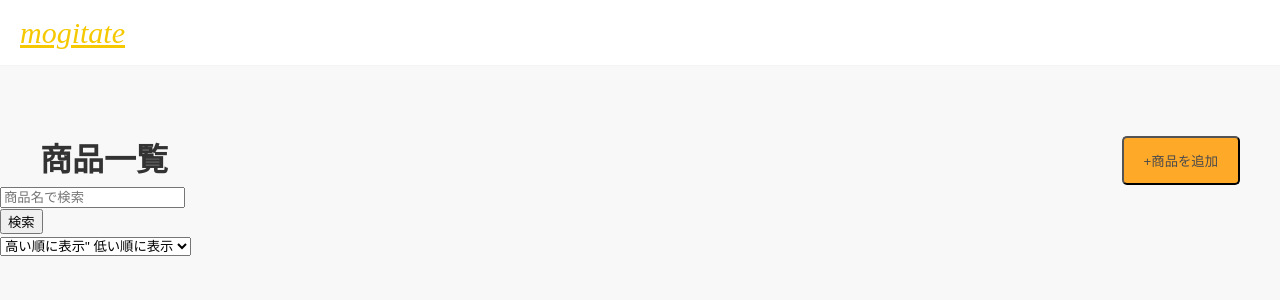
Repository: SuzukiFuminori/test-fruit
Page: http://localhost/products
These files come from the project's save history. The page is drawn as it stood at one moment and after the next save; the edit follows.
The browser window is 1280 px wide. The pictures show the whole page.
The page is served by the project's Laravel application, run on PHP 8.4 with Laravel 8. Queries for data that is not in the repository find no rows.

Above is the page before, as saved 2024-12-30 04:24:39.

After the next save:
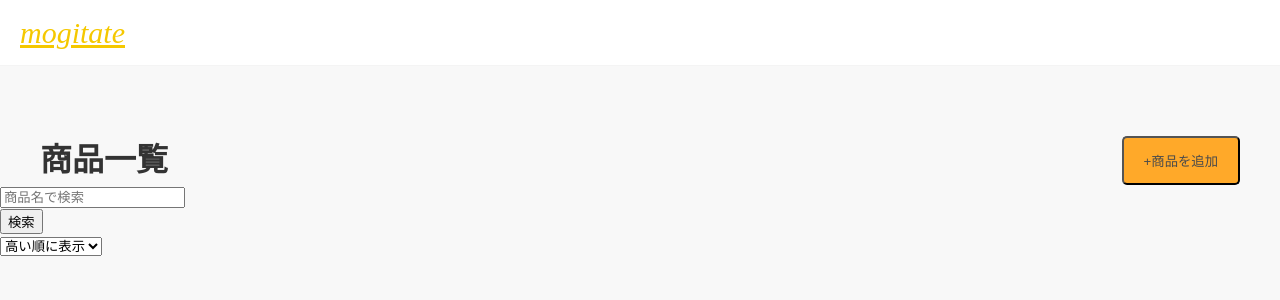
Saved 5 s later.
--- a/src/resources/views/index.blade.php
+++ b/src/resources/views/index.blade.php
@@ -29,7 +29,7 @@
             <div class="sort__content"></div>
             <div class="sort__select">
               <select name="select">
-                <option value="">高い順に表示" 低い順に表示</select>
+                <option value="">高い順に表示</option> 低い順に表示</select>
             </div>
           </div>
         </div>
